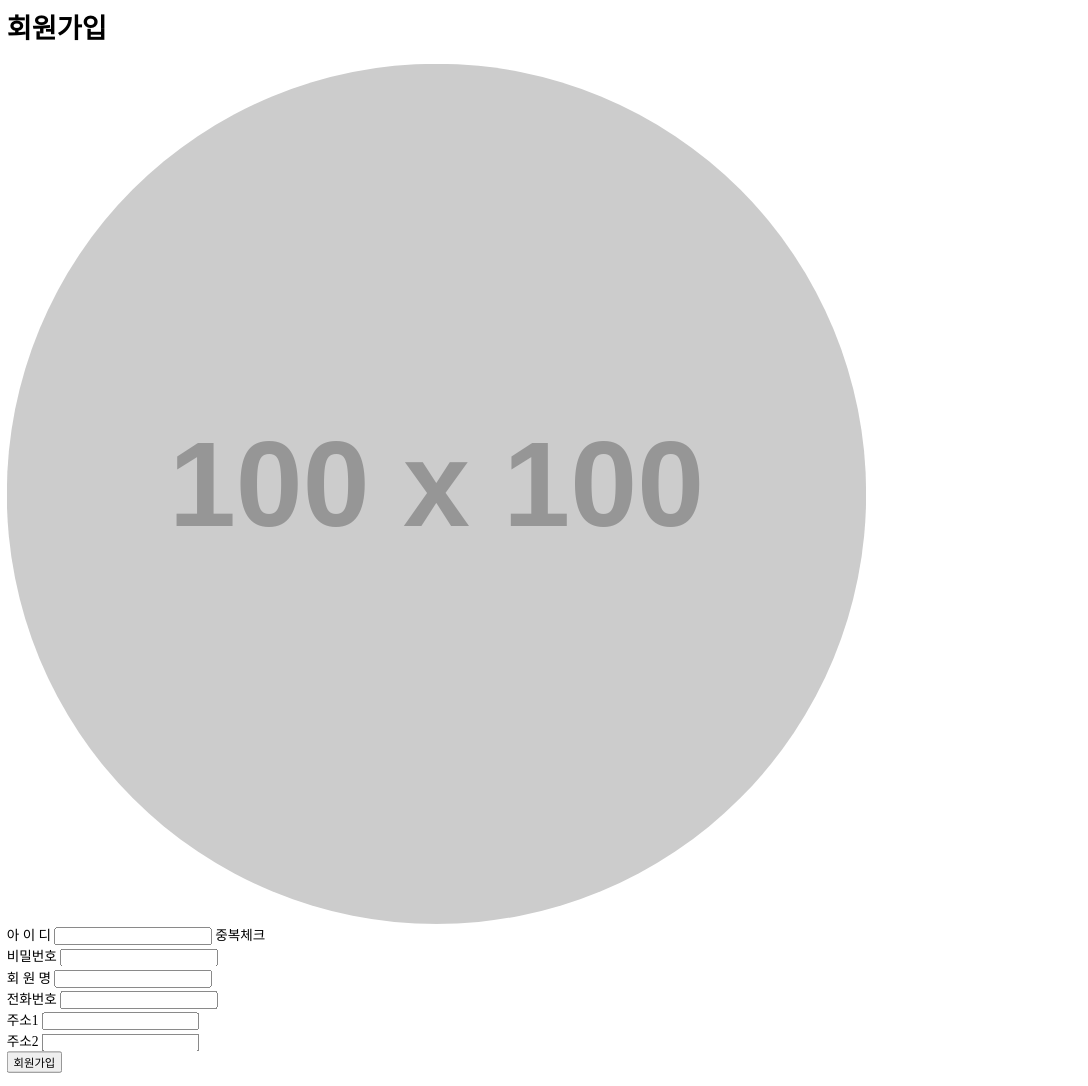
Repository: haegoal/web
Page: http://localhost/shop/user/insert.jsp
The author's editor kept a copy of each file at every save. The page is drawn from the files as they stood at one save, then again after the next save.
The browser window is 1280 px wide. The pictures show the whole page, at 85% of full size.
The page is served by Tomcat 9.

Above is the page before, as saved 2023-08-09 05:11:47.
Console error: ReferenceError: $ is not defined

After the next save:
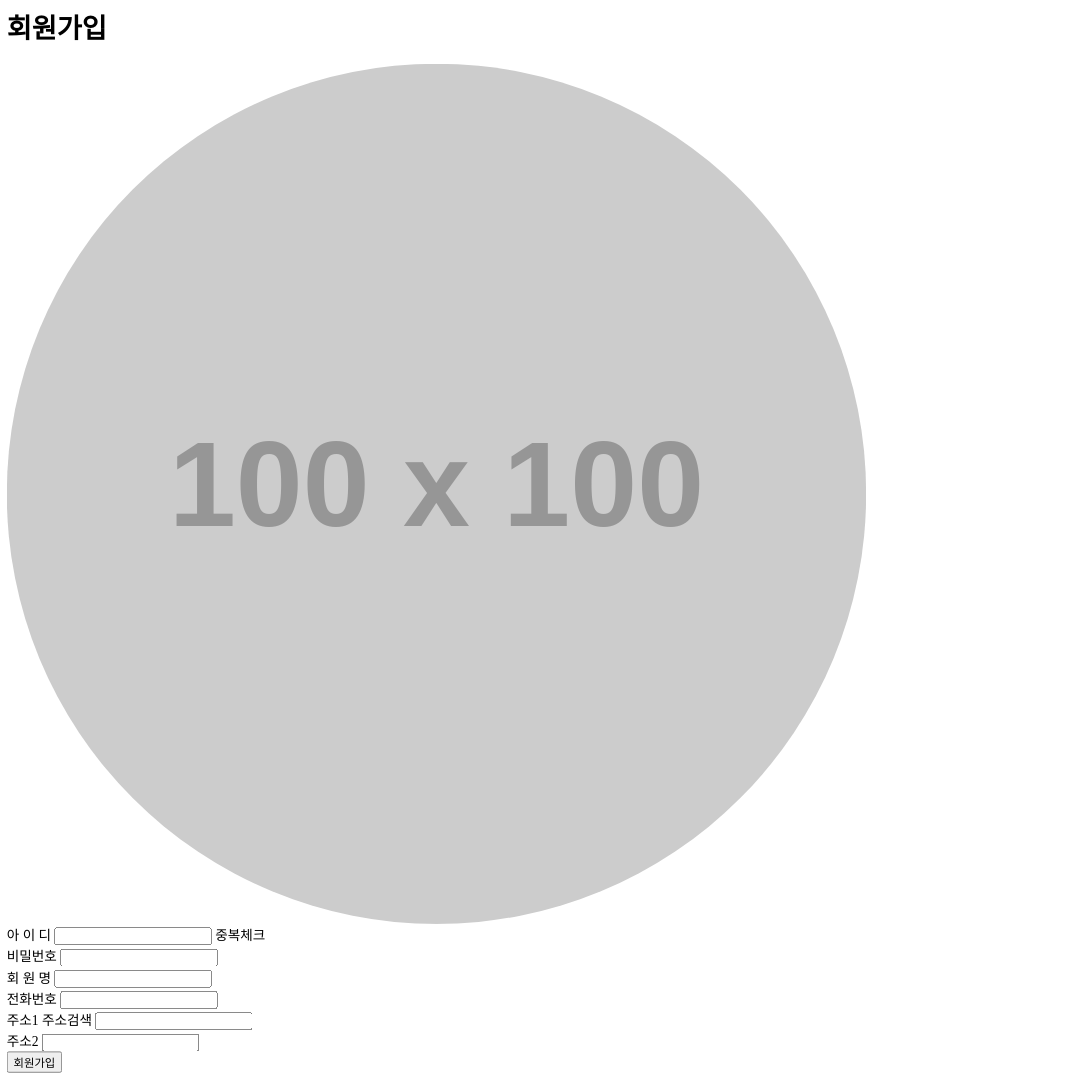
Saved 3 min 47 s later.
--- a/shop/src/main/webapp/user/insert.jsp
+++ b/shop/src/main/webapp/user/insert.jsp
@@ -40,6 +40,7 @@
 			</div>
 			<div class="input-group mb-3">
 				<span class="input-group-text">주소1</span>
+				<a >주소검색</a>
 				<input name="address1" class="form-control">
 			</div>
 			<div class="input-group mb-3">
